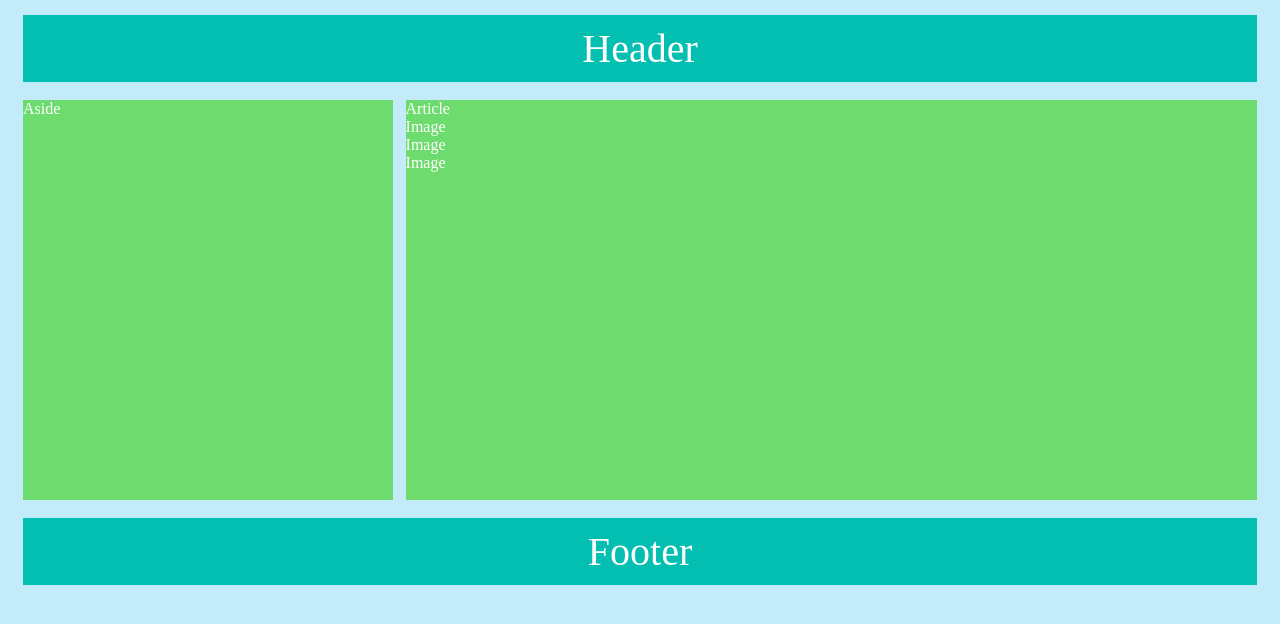
Repository: huyennvo/CSS
Page: flex-css-example/index.html
These files come from the project's save history. The page is drawn as it stood at one moment and after the next save; the edit follows.
The browser window is 1280 px wide. The pictures show the whole page.

Above is the page before, as saved 2022-07-18 11:00:09.

### flex-css-example/index.html
<!DOCTYPE html>
<html lang="en">
<head>
    <meta charset="UTF-8">
    <meta http-equiv="X-UA-Compatible" content="IE=edge">
    <meta name="viewport" content="width=device-width, initial-scale=1.0">
    <title>Flexbox example</title>
    <link rel="stylesheet" href="./index.css">
</head>
<body>
    <div class="container">
        <div class="header">
            Header
        </div>
        <br>
        <div class="body">
            <div class="body-left">Aside</div>
            <div class="body-right">
                Article
                <div class="item1">Image</div>
                <div class="item2">Image</div>
                <div class="item3">Image</div>
            </div>
        </div>
        <br>
        <div class="footer">
            <footer>Footer</footer>
        </div>
    </div>
</body>
</html>

### flex-css-example/index.css
html {
    background-color: #C4EBF9;
}
 .container {
    align-content: center;
    margin: 15px;
    color: white;
}
.header {
    background-color: #02BFB1;
    text-align: center;
    font-size: 40px;
    padding: 10px;
}

.footer {
    background-color: #02BFB1;
    text-align: center;
    color: white;
    font-size: 40px;
    padding: 10px;
}

.body {
    display: flex;
    flex-direction: row;
    flex-wrap: wrap;
    justify-content: space-between
}

.body-left {
    background-color: #6EDB6E;
    width: 30%;
    height: 400px;
}

.body-right {
    background-color: #6EDB6E;
    width: 69%;
    height: 400px;
}

.item {

}

After the next save:
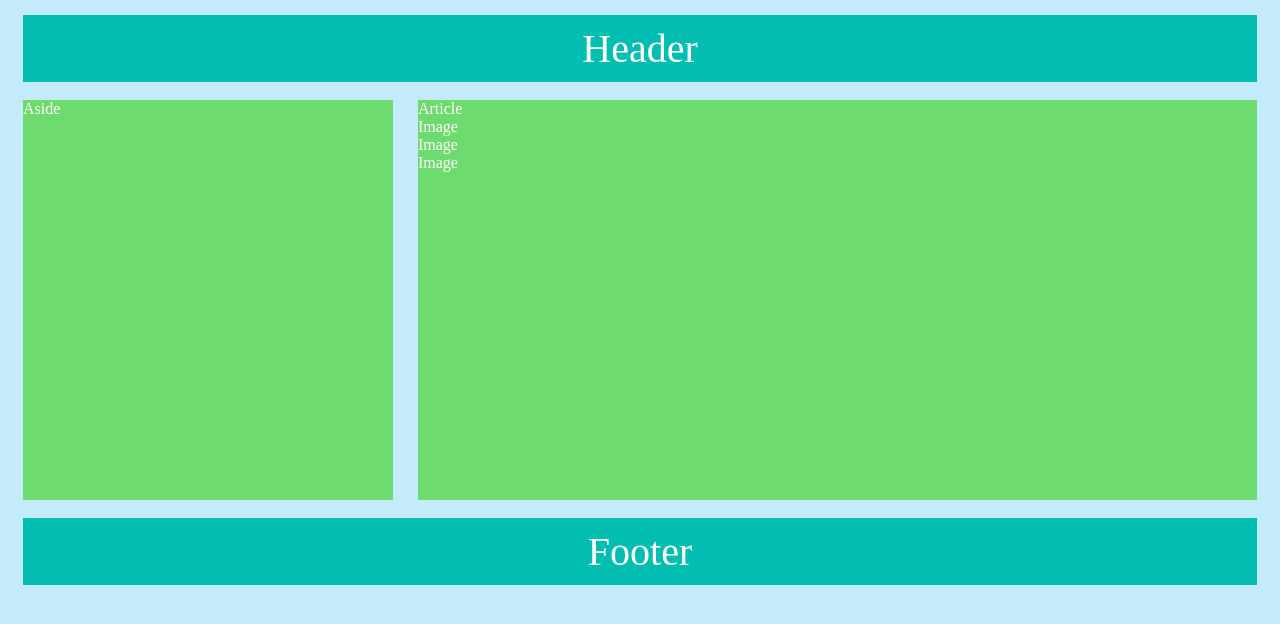
Saved 6 s later.
--- a/flex-css-example/index.css
+++ b/flex-css-example/index.css
@@ -36,7 +36,7 @@ html {
 
 .body-right {
     background-color: #6EDB6E;
-    width: 69%;
+    width: 68%;
     height: 400px;
 }
 
